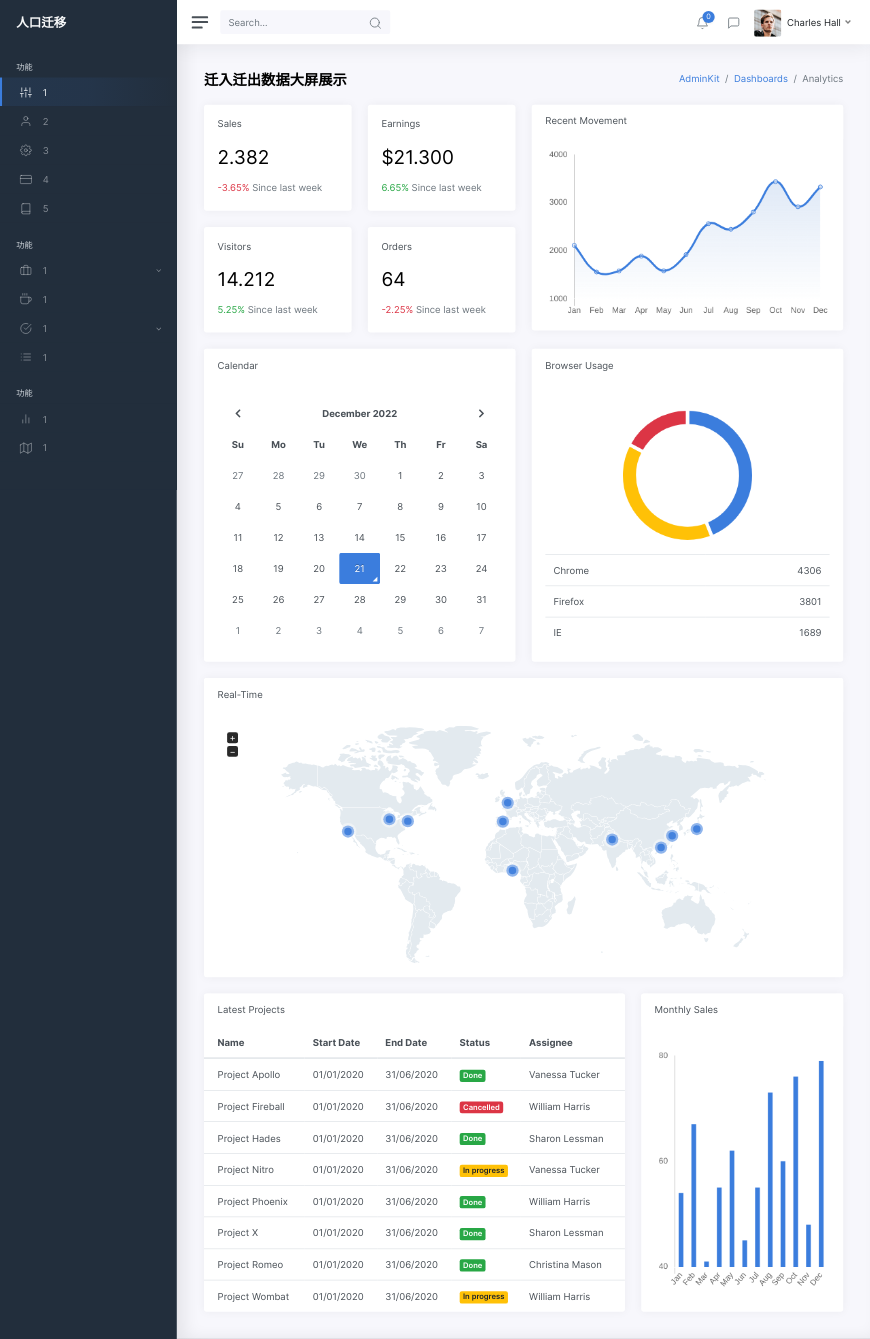
Repository: yuwei0922/WHURS-WGIS
Page: final_project/index.html
These files come from the project's save history. The page is drawn as it stood at one moment and after the next save; the edit follows.
The browser window is 1280 px wide. The pictures show the whole page, at 68% of full size.

Above is the page before, as saved 2022-12-24 13:40:09.
Not found: final_project/js/vendor.js

After the next save:
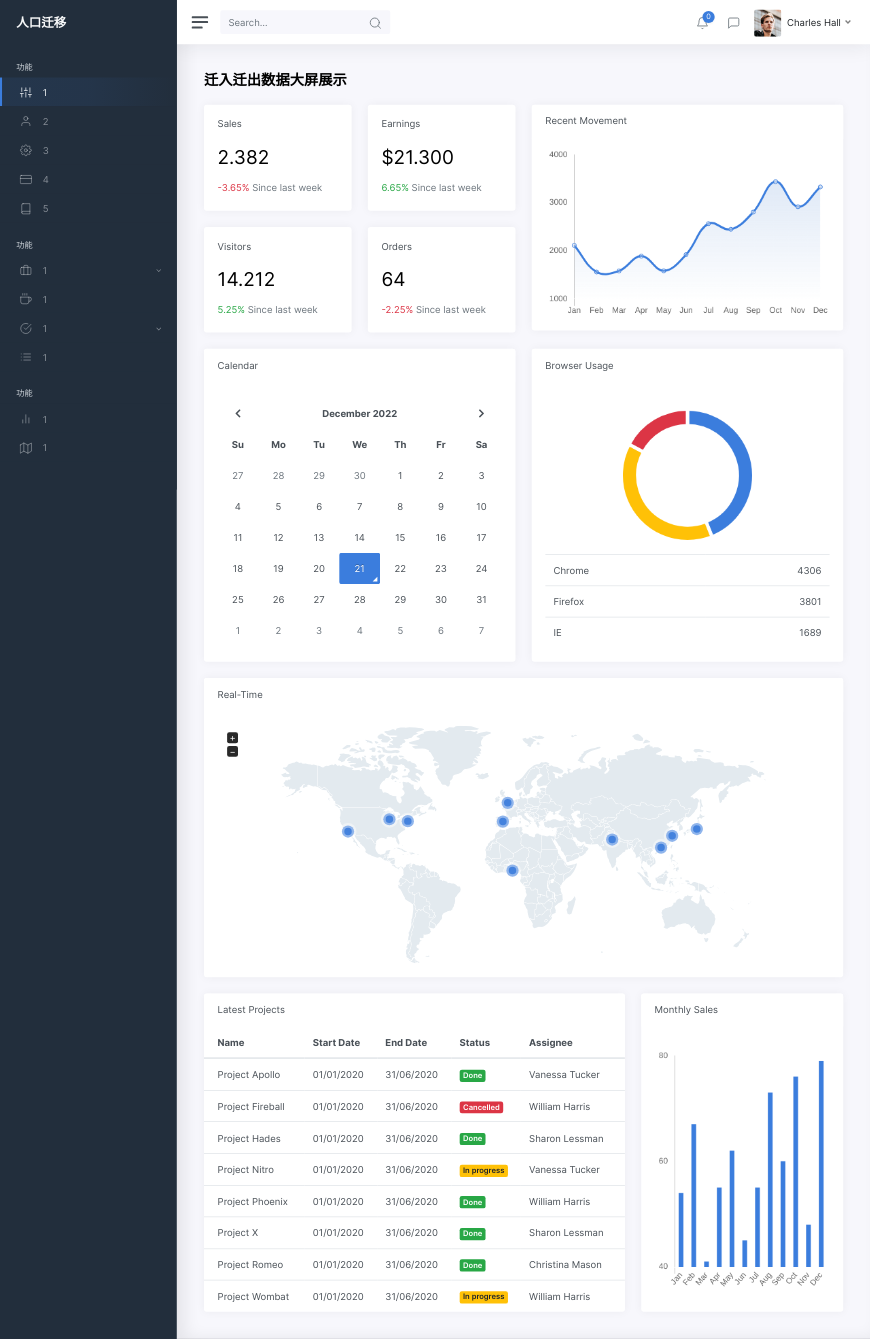
Saved 75 s later.
--- a/final_project/index.html
+++ b/final_project/index.html
@@ -324,15 +324,6 @@
 					<div class="row mb-2 mb-xl-3">
 						<div class="col-auto d-none d-sm-block">
 							<h3><strong>迁入迁出数据大屏展示</strong></h3>
-						</div>
-						<div class="col-auto ml-auto text-right mt-n1">
-							<nav aria-label="breadcrumb">
-								<ol class="breadcrumb bg-transparent p-0 mt-1 mb-0">
-									<li class="breadcrumb-item"><a href="#">AdminKit</a></li>
-									<li class="breadcrumb-item"><a href="#">Dashboards</a></li>
-									<li class="breadcrumb-item active" aria-current="page">Analytics</li>
-								</ol>
-							</nav>
 						</div>
 					</div>
 					<div class="row">
